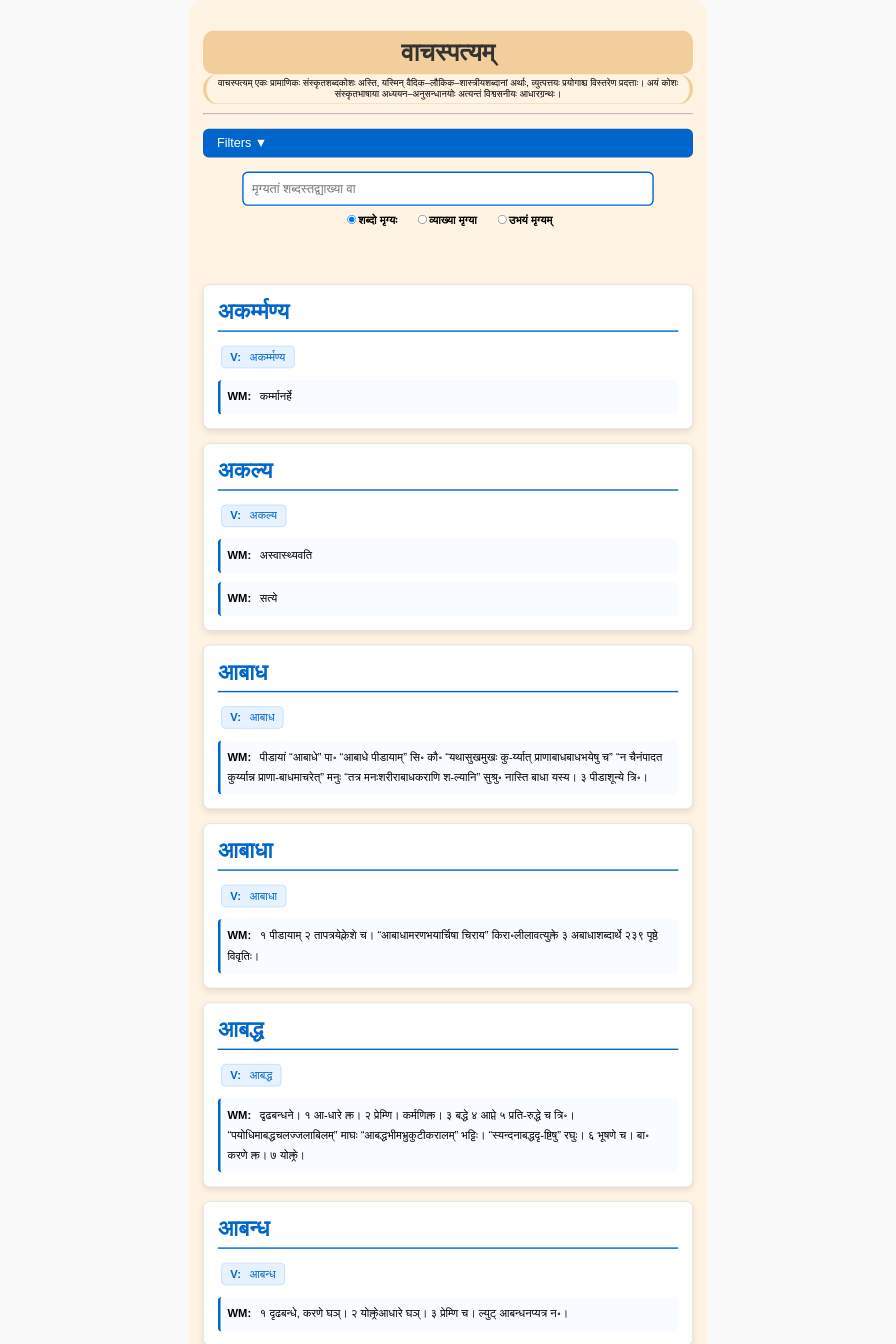
Repository: sanskritsphere/vachaspatyam-demo
Page: index.html
The author's editor kept a copy of each file at every save. The page is drawn from the files as they stood at one save, then again after the next save.
The browser window is 1280 px wide. The pictures show the part of the page from y = 0 to 1920 px (the page is 3452 px tall before and 3402 px after), at 70% of full size.

Above is the page before, as saved 2025-12-14 15:46:35.

### index.html
<!DOCTYPE html>
<html lang="sa">
<head>
    <meta charset="UTF-8">
    <meta name="viewport" content="width=device-width, initial-scale=1.0">
    <link rel="styleSheet" type="text/css" href="style.css">
    <title>वाचस्पत्यम् शब्दकोशः</title>

</head>
<body>
    <div class="container">
    <header>
        <h1>वाचस्पत्यम्</h1>
    <p class="small">वाचस्पत्यम् एकः प्रामाणिकः संस्कृतशब्दकोशः अस्ति, यस्मिन् वैदिक–लौकिक–शास्त्रीयशब्दानां अर्थाः, व्युत्पत्तयः प्रयोगाश्च विस्तरेण प्रदत्ताः।
अयं कोशः संस्कृतभाषाया अध्ययन–अनुसन्धानयोः अत्यन्तं विश्वसनीयः आधारग्रन्थः।</p>
    </header>
    <hr>
<div class="toggle-btn" id="toggleFilters">
    Filters
    <span class="arrow">▼</span>
</div>
    <div id="searchContainer">
        <input type="text" id="search" placeholder="मृग्यतां शब्दस्तद्व्याख्या वा">
        <div class="search-options">
            <label><input type="radio" name="searchMode" value="wordOnly" checked>शब्दो मृग्यः</label>
            <label><input type="radio" name="searchMode" value="meaningOnly">व्याख्या मृग्या</label>
            <label><input type="radio" name="searchMode" value="both">उभयं मृग्यम्</label>
        </div>
    </div>

    <div class="filters" id="filtersPanel">
        <div class="filter-group" id="startingLetterGroup">
            <label>आद्यक्षरानुक्रमेण पृथक्करणम्</label>
            <select id="startingLetterFilter">
                <option value="">सर्वाणि आद्यक्षराणि</option>
            </select>
        </div>

        <div class="filter-group" id="gcGroup">
            <label>लिङ्गशः पृथक्करणम्</label>
            <select id="gcFilter">
                <option value="">सर्वलिङ्गानि</option>
            </select>
        </div>

        <!-- टैग विज़िबिलिटी -->
        <div class="filter-group" style="grid-column: 1 / -1;" id="tagVisibilityGroup">
            <label>दर्शयितुमिष्टानि खण्डानि चिन्वीत</label>
            <div class="tag-visibility" id="tagVisibility">
                <!-- डायनामिकली जनरेट होगा -->
            </div>
        </div>

        <!-- नए टैग फ़िल्टर सेक्शन -->
        <div class="filter-group" style="grid-column: 1 / -1;" id="tagFiltersGroup">
            <label>टैग्-मूल्येन विशिष्टमानानि चीयन्ताम्</label>
            <div class="tag-filters" id="tagFilters">
                <!-- XML से सभी टैग्स के लिए डायनामिक सिलेक्ट बॉक्स जनरेट होंगे -->
            </div>
        </div>
    </div>

    <div id="results"></div>
</div>
    <script>

        let dictionary = [];
        let allTags = new Set();
        let tagValues = {}; // { tag: Set of values }
        let startingLetters = new Set();
        let gcValues = new Set();
        let currentPage = 1;
        const itemsPerPage = 25;
        // XML फ़ाइल लोड करना
        fetch('vachaspatyam.xml')
            .then(response => response.text())
            .then(xmlText => {
                const parser = new DOMParser();
                const xml = parser.parseFromString(xmlText, "application/xml");
                const entries = xml.querySelectorAll('entry');

                entries.forEach(entry => {
                    const obj = {};
                    entry.querySelectorAll('*').forEach(child => {
                        const tagName = child.tagName;
                        allTags.add(tagName);

                        if (!obj[tagName]) obj[tagName] = [];
                        const value = child.textContent.trim();
                        if (value) obj[tagName].push(value);

                        // टैग वैल्यूज़ कलेक्ट करना
                        if (!tagValues[tagName]) tagValues[tagName] = new Set();
                        tagValues[tagName].add(value);

                        // विशेष हैंडलिंग
                        if (tagName === 'V' && value) {
                            startingLetters.add(value[0]);
                        }
                        if (tagName === 'GC' && value) {
                            gcValues.add(value);
                        }
                    });
                    dictionary.push(obj);
                });

                generateDynamicFilters();
                generateTagVisibility();
                generateTagFilters(); // नया फ़ीचर
                renderEntries(dictionary);
            })
            .catch(err => {
                document.getElementById('results').innerHTML =
                    '<p class="no-results">vachaspatyam.xml इति संचिका न लब्धा। कृपया तां स्थापयतु।</p>';
                console.error(err);
            });

        function generateDynamicFilters() {
            const startingSelect = document.getElementById('startingLetterFilter');
            [...startingLetters].sort().forEach(letter => {
                const opt = document.createElement('option');
                opt.value = letter;
                opt.textContent = letter;
                startingSelect.appendChild(opt);
            });

            const gcSelect = document.getElementById('gcFilter');
            [...gcValues].sort().forEach(gc => {
                const opt = document.createElement('option');
                opt.value = gc;
                opt.textContent = gc;
                gcSelect.appendChild(opt);
            });
        }

        function generateTagVisibility() {
            const container = document.getElementById('tagVisibility');
            container.innerHTML = '';
            [...allTags].sort().forEach(tag => {
                const label = document.createElement('label');
                const checkbox = document.createElement('input');
                checkbox.type = 'checkbox';
                checkbox.id = 'show' + tag;
                checkbox.checked = tag === 'V' || tag === 'WM'; // डिफ़ॉल्ट V और WM दिखाएँ
                label.appendChild(checkbox);
                label.appendChild(document.createTextNode(' ' + tag));
                container.appendChild(label);
            });
        }

        function generateTagFilters() {
            const container = document.getElementById('tagFilters');
            container.innerHTML = '';
            [...allTags].sort().forEach(tag => {
                if (tag === 'V') return; // V के लिए पहले से आदि अक्षर फ़िल्टर है

                const group = document.createElement('div');
                group.className = 'filter-group';

                const label = document.createElement('label');
                label.textContent = `${tag} मूल्येन पृथक्करोतु`;
                group.appendChild(label);

                const select = document.createElement('select');
                select.id = 'filter_' + tag;
                select.innerHTML = '<option value="">सर्वाणि</option>';

                // टैग के सभी यूनिक वैल्यूज़ जोड़ना
                [...tagValues[tag]].sort().forEach(val => {
                    const opt = document.createElement('option');
                    opt.value = val;
                    opt.textContent = val;
                    select.appendChild(opt);
                });

                group.appendChild(select);
                container.appendChild(group);
            });
        }

        function getMeaningText(entry) {
            let text = '';
            Object.keys(entry).forEach(key => {
                if (key !== 'V') {
                    text += entry[key].join(' ') + ' ';
                }
            });
            return text;
        }

        function renderEntries(entries, query) {
    const resultsDiv = document.getElementById('results');
    resultsDiv.innerHTML = '';

    if (entries.length === 0) {
        resultsDiv.innerHTML =
            '<p class="no-results">कश्चन शब्दो न लब्धः। कृपया मृग्यपदं परिवर्तयतु।</p>';
        return;
    }

    entries.forEach(entry => {
        const div = document.createElement('div');
        div.className = 'entry';

        const headWord = entry.V ? highlightText(entry.V[0], query) : 'अज्ञातः';
        div.innerHTML = `<h3>${headWord}</h3>`;

        const tagsDiv = document.createElement('div');

        allTags.forEach(tag => {
            const checkbox = document.getElementById('show' + tag);
            if (checkbox && checkbox.checked && entry[tag]) {
                entry[tag].forEach(value => {
                    const highlightedValue = highlightText(value, query);

                    if (tag === 'WM' || tag === 'EXP') {
                        tagsDiv.innerHTML += `
                            <div class="content">
                                <span class="tag-name">${tag}:</span>
                                ${highlightedValue}
                            </div>`;
                    } else {
                        tagsDiv.innerHTML += `
                            <span class="tag">
                                <span class="tag-name">${tag}:</span>
                                ${highlightedValue}
                            </span>`;
                    }
                });
            }
        });

        div.appendChild(tagsDiv);
        resultsDiv.appendChild(div);
    });
}


        function filterEntries() {
            let filtered = dictionary;

            const query = document.getElementById('search').value.trim();
            const searchMode = document.querySelector('input[name="searchMode"]:checked').value;

            if (query) {
                if (searchMode === 'wordOnly') {
                    filtered = filtered.filter(entry => entry.V && entry.V.some(v => v.includes(query)));
                } else if (searchMode === 'meaningOnly') {
                    filtered = filtered.filter(entry => getMeaningText(entry).includes(query));
                } else {
                    filtered = filtered.filter(entry =>
                        (entry.V && entry.V.some(v => v.includes(query))) ||
                        getMeaningText(entry).includes(query)
                    );
                }
            }

            const startingLetter = document.getElementById('startingLetterFilter').value;
            if (startingLetter) {
                filtered = filtered.filter(entry => entry.V && entry.V[0].startsWith(startingLetter));
            }

            const gc = document.getElementById('gcFilter').value;
            if (gc) {
                filtered = filtered.filter(entry => entry.GC && entry.GC.includes(gc));
            }

            // सभी टैग फ़िल्टर्स
            allTags.forEach(tag => {
                const select = document.getElementById('filter_' + tag);
                if (select && select.value) {
                    const filterValue = select.value;
                    filtered = filtered.filter(entry =>
                        entry[tag] && entry[tag].includes(filterValue)
                    );
                }
            });

            renderEntries(filtered, query);
        }

        // for highlight
            function highlightText(text, query) {
                if (!query) return text;
                const regex = new RegExp(`(${query})`, 'gi');
                return text.replace(regex, '<mark>$1</mark>');
            }

        // टॉगल बटन
    document.getElementById('toggleFilters').addEventListener('click', () => {
    const panel = document.getElementById('filtersPanel');
    const btn = document.getElementById('toggleFilters');
    btn.classList.toggle('active');
    panel.style.display = panel.style.display === 'block' ? 'none' : 'block';

    if (panel.classList.contains('show')) {
        panel.classList.remove('show');
        setTimeout(() => {
            panel.style.display = 'none';
        }, 600); // CSS transition duration के बराबर
    } else {
        panel.style.display = 'grid';
        // थोड़ा सा delay ताकि display apply हो जाए
        requestAnimationFrame(() => {
            panel.classList.add('show');
        });
    }
});


    function generateTagVisibility() {
    const container = document.getElementById('tagVisibility');
    container.innerHTML = '';

    // टैग नेम → संस्कृत में पूरा लेबल (विवरण)
    const tagLabels = {
        V:    "शब्दः (Vocable)",
        GC:   "लिङ्गम् (Grammatical Category)",
        GR:   "व्युत्पत्तिः (Grammar & Root)",
        ET:   "व्युत्पत्ति-विवरणम् (Etymology)",
        EXP:  "व्याख्या (Explanation)",
        CA:   "समास-विश्लेषणम् (Compound Analysis)",
        CT:   "उद्धरणम् (Citation Text)",
        RM:   "सन्दर्भः (Reference Mode)",
        WM:   "मुख्यार्थः (Word Meaning)"
        // यदि भविष्य में नया टैग जोड़ा जाए तो यहाँ उसका विवरण जोड़ सकते हैं
    };

    [...allTags].sort().forEach(tag => {
        const label = document.createElement('label');
        const checkbox = document.createElement('input');
        checkbox.type = 'checkbox';
        checkbox.id = 'show' + tag;
        // डिफ़ॉल्ट: V और WM हमेशा चेक रहें
        checkbox.checked = (tag === 'V' || tag === 'WM');

        label.appendChild(checkbox);
        // विवरण यदि उपलब्ध हो तो दिखाएँ, अन्यथा केवल टैग नेम
        const displayText = tagLabels[tag] || tag;
        label.appendChild(document.createTextNode(' ' + displayText));

        container.appendChild(label);
    });
}



        // सभी इवेंट्स
        document.getElementById('search').addEventListener('input', filterEntries);
        document.querySelectorAll('input[name="searchMode"]').forEach(radio => radio.addEventListener('change', filterEntries));
        document.getElementById('startingLetterFilter').addEventListener('change', filterEntries);
        document.getElementById('gcFilter').addEventListener('change', filterEntries);
        document.getElementById('filtersPanel').addEventListener('change', filterEntries); // सभी सिलेक्ट और चेकबॉक्स




    </script>
</body>
</html>

### style.css

        body {
            font-family: 'Sanskrit Text', 'Arial Unicode MS', Arial, sans-serif;
            margin: 20px;
            background-color: #f9f9f9;
            direction: ltr;
            margin: 0;
            padding: 0;
        }
        .container{
            width: 95%;
            max-width: 700px;
            margin: auto;
            background-color: #fff3e3;
            padding: 20px;
            border-radius: 20px;
        }
        header{
            display: block;
            justify-content: center;
            align-items: center;
            gap: 20px;
        }

       header h1 {
            text-align: center;
            color: #333;
            font-size: 36px;
            background-color: #f1ce9c;
            padding: 10px;
            border-radius: 15px;
            margin-bottom: 0;
        }
       header .small{
            margin-top: 0;
            padding: 5px;
            font-size: smaller;
            border-left: 5px solid #f1ce9c;
            border-radius: 100px ;
            border-right: 5px solid #f1ce9c;
            border-bottom: 1px solid #f1ce9c;
            text-align: center;
        }
        #toggleFilters {
            display: block;
            margin: 20px auto;
            padding: 10px 20px;
            font-size: 18px;
            background: #0066cc;
            color: white;
            border: none;
            border-radius: 8px;
            cursor: pointer;
        }
        #toggleFilters:hover {
            background: #0055aa;
        }

        .arrow {
        display: inline-block;
        transition: transform 0.4s ease;
    }

    #toggleFilters.active .arrow {
        transform: rotate(180deg);
    }
        #searchContainer {
            margin-bottom: 20px;
            text-align: center;
        }
        #search {
            width: 80%;
            max-width: 600px;
            padding: 12px;
            font-size: 18px;
            border: 2px solid #0066cc;
            border-radius: 8px;
        }
        .search-options {
            margin-top: 10px;
        }
        .search-options label {
            margin: 0 10px;
            font-weight: bold;
            font-size: 16px;

        }
        .filters {
    margin-bottom: 30px;
    padding: 15px;
    background: #fff;
    border: 1px solid #ddd;
    border-radius: 10px;
    box-shadow: 0 4px 10px rgba(0,0,0,0.1);

    /* display: grid; */
    grid-template-columns: repeat(auto-fit, minmax(300px, 1fr));
    gap: 20px;
    max-height: 0;
    opacity: 0;
    overflow: hidden;
    transition: max-height 0.6s ease, opacity 0.6s ease;
}
.filters.show {
    max-height: 2000px; /* content से ज़्यादा रखो */
    opacity: 1;
}

        .filter-group {
            display: flex;
            flex-direction: column;
        }
        .filter-group label {
            font-weight: bold;
            margin-bottom: 8px;
            color: #333;
            font-size: 18px;
        }
        .filter-group select {
            padding: 8px;
            border-radius: 6px;
            border: 1px solid #ccc;
            font-size: 16px;
            max-width: 300px;
        }
        .tag-visibility {
            display: grid;
            grid-template-columns: repeat(auto-fill, minmax(180px, 1fr));
            gap: 10px;
            margin-top: 10px;
        }
        .tag-visibility label {
            font-weight: normal;
            display: flex;
            align-items: center;
            font-size: 16px;
        }
        .tag-visibility input[type="checkbox"] {
            margin-right: 8px;
        }
        .tag-filters {
            display: grid;
            grid-template-columns: repeat(auto-fill, minmax(250px, 1fr));
            gap: 15px;
            margin-top: 15px;
            padding: 10px;
            background: #fff9f9;
            border-radius: 8px;
        }
        #results {
            display: grid;
            gap: 20px;
        }
        .entry {
            background: white;
            padding: 20px;
            border: 1px solid #ddd;
            border-radius: 10px;
            box-shadow: 0 4px 10px rgba(0,0,0,0.1);
        }
        .entry h3 {
            margin: 0 0 15px 0;
            color: #0066cc;
            font-size: 32px;
            border-bottom: 2px solid #0066cc;
            padding-bottom: 8px;
        }
        .tag {
            display: inline-block;
            background: #e6f2ff;
            color: #0066cc;
            padding: 6px 12px;
            margin: 5px;
            border-radius: 6px;
            font-size: 16px;
            border: 1px solid #b3d9ff;
        }
        .tag-name {
            font-weight: bold;
            margin-right: 8px;
        }
        .content {
            margin-top: 12px;
            line-height: 1.8;
            background: #f8fbff;
            padding: 10px;
            border-radius: 6px;
            border-left: 4px solid #0066cc;
            font-size: 16px;
        }
        .no-results {
            text-align: center;
            color: #888;
            font-size: 22px;
            padding: 40px;
        }
        @media (max-width: 768px) {
            .filters {
                grid-template-columns: 1fr;
            width: 92%;
            }
            .tag-visibility, .tag-filters {
                grid-template-columns: 1fr;
            width: 92%;
            }
            #search {
                width: 92%;
            }
            .container{
                margin: 0%;
                width: 100%;
                max-width: 90%;
            }
           .container select{
             max-width: 250px;
            }
        }
    mark {
    background-color: #ffff01;
}

After the next save:
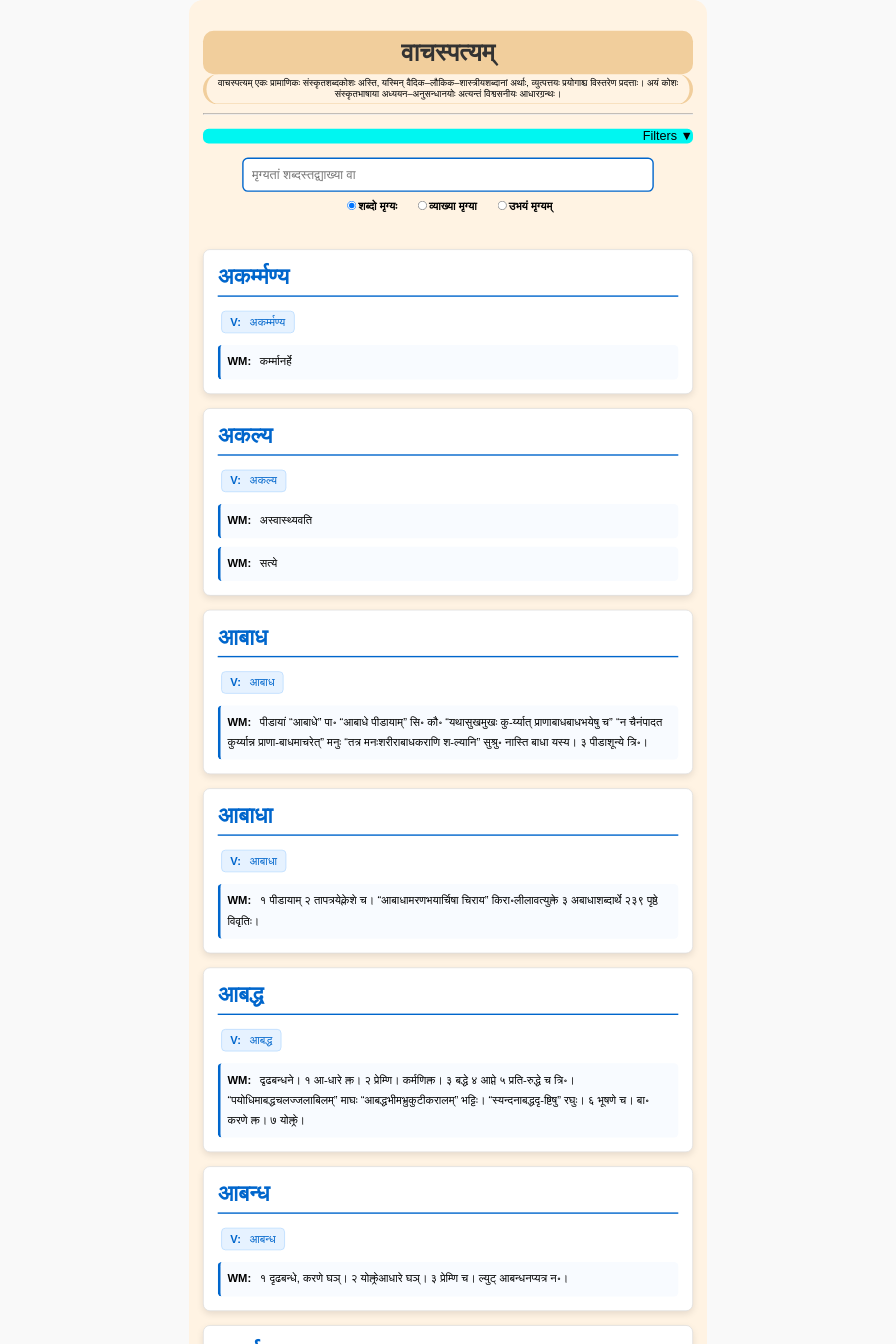
Saved 14 min 43 s later.
--- a/style.css
+++ b/style.css
@@ -44,17 +44,16 @@
         #toggleFilters {
             display: block;
             margin: 20px auto;
-            padding: 10px 20px;
+            padding: 0px p0x ;
             font-size: 18px;
-            background: #0066cc;
-            color: white;
+            background: #00f6f1;
+            color: rgb(0, 0, 0);
             border: none;
             border-radius: 8px;
             cursor: pointer;
-        }
-        #toggleFilters:hover {
-            background: #0055aa;
-        }
+            text-align: right;
+        }
+
 
         .arrow {
         display: inline-block;
@@ -86,13 +85,16 @@
 
         }
         .filters {
-    margin-bottom: 30px;
+
     padding: 15px;
     background: #fff;
     border: 1px solid #ddd;
     border-radius: 10px;
     box-shadow: 0 4px 10px rgba(0,0,0,0.1);
-
+    margin-top: 10px;
+    width: 100%;
+    max-width: 100%;
+    margin: 0;
     /* display: grid; */
     grid-template-columns: repeat(auto-fit, minmax(300px, 1fr));
     gap: 20px;
@@ -104,6 +106,7 @@
 .filters.show {
     max-height: 2000px; /* content से ज़्यादा रखो */
     opacity: 1;
+    width: 100%;
 }
 
         .filter-group {
